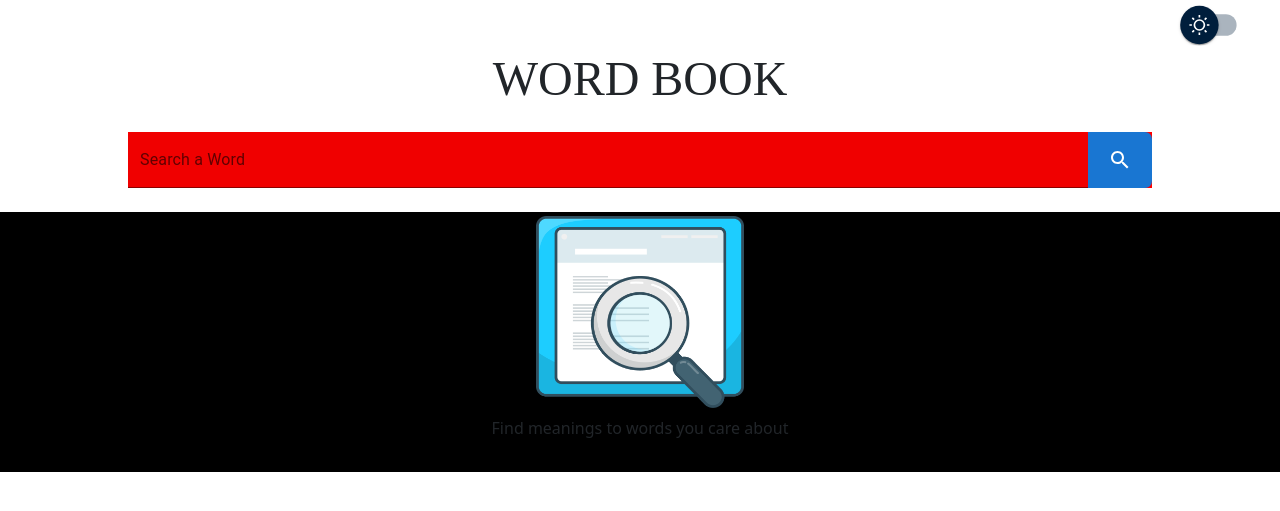
Repository: marveldev/my-dictionary
Page: /
An editor plug-in stored every save of this project. The page is shown before and after the next save, followed by the edit.
The browser window is 1280 px wide. The pictures show the whole page.
The project was rebuilt for these pictures with package versions that can differ from the ones it lists, and the page was loaded fresh each time. Also part of the build but not shown: src/components/themeSwitcher/MUISwitch.jsx.

Above is the page before, as saved 2022-05-29 18:52:58.

### public/index.html
<!DOCTYPE html>
<html lang="en">
  <head>
    <meta charset="utf-8" />
    <meta name="viewport" content="width=device-width, initial-scale=1" />
    <meta name="theme-color" content="#000000" />
    <meta name="description" content="Web site created using create-react-app" />
    <link
      href="https://cdn.jsdelivr.net/npm/bootstrap@5.1.3/dist/css/bootstrap.min.css"
      rel="stylesheet"
      integrity="sha384-1BmE4kWBq78iYhFldvKuhfTAU6auU8tT94WrHftjDbrCEXSU1oBoqyl2QvZ6jIW3"
      crossorigin="anonymous"
    />
    <link rel="apple-touch-icon" href="./icon-192x192.png" />
    <link rel="icon" href="./icon-192x192.png" />
    <link rel="manifest" href="./manifest.json" />
    <title>My Dictionary</title>
  </head>
  <body>
    <noscript>You need to enable JavaScript to run this app.</noscript>
    <div id="root"></div>
  </body>
</html>

### src/index.js
import React from 'react'
import ReactDOM from 'react-dom'
import App from './App'
import swDev from './swDev'
import './index.css'

ReactDOM.render(
  <React.StrictMode>
    <App />
  </React.StrictMode>,
  document.getElementById('root'),
)
swDev()

### src/App.js
import { useEffect, useState } from 'react'
import { createTheme } from '@mui/material'
import { Form, Output, ThemeSwitcher } from './components'

const App = () => {
  const [definitions, setDefinitions] = useState([])
  const [appMode, setAppMode] = useState('online')
  const [isLoading, setIsLoading] = useState(null)

  const storedTheme = localStorage.getItem('theme') || 'light'
  const [theme, setTheme] = useState(storedTheme)

  const themePalette = createTheme({
    palette: {
      mode: theme,
    },
  })

  useEffect(() => {
    if (navigator.onLine) {
      setAppMode('onLine')
    } else {
      setAppMode('offline')
    }
  }, [])

  return (
    <div className={`${theme} app`}>
      <div className="top-column top-0 w-100 pb-4">
        <ThemeSwitcher setTheme={setTheme} theme={theme} themePalette={themePalette} />
        <h1 className="text-center">{definitions?.word || 'WORD BOOK'}</h1>
        <Form
          setDefinitions={setDefinitions}
          themePalette={themePalette}
          setAppMode={setAppMode}
          setIsLoading={setIsLoading}
        />
      </div>

      <Output definitions={definitions} appMode={appMode} isLoading={isLoading} />
    </div>
  )
}

export default App

### src/swDev.js
export default function swDev() {
  let swUrl = `${process.env.PUBLIC_URL}/sw.js`
  navigator.serviceWorker.register(swUrl).then(response => {
    console.warn("response", response)
  })
}

### src/index.css
body {
  margin: 0;
}

.app {
  width: 100%;
  height: 100vh;
  transition: all 0.5s linear 0s;
  overflow: auto;
}

.app::-webkit-scrollbar {
  display: none;
}

.top-column {
  position: fixed;
  top: 0;
  width: 100%;
  padding-bottom: 1em;
  background: #fff;
  z-index: 1;
  transition: all 0.5s linear 0s;
}

.theme-switcher {
  text-align: right;
  margin: 1em 0.3em 0.5em;
}

h1 {
  font-size: 3em;
  font-family: 'Montserrat light', serif;
  text-align: center;
  margin: 0 0 0.5em;
}

.fs-4 {
  font-size: 1.1em;
}

.text-center {
  text-align: center;
}

.form {
  display: flex;
  margin: auto;
  width: 80%;
  background-color: red;
}

#searchButton {
  border-radius: 0 0.5em 0.5em 0;
  box-shadow: none;
}

.output {
  margin: 13em auto 0;
  padding-bottom: 1em;
  background-color: #000;
}

.search-illustration {
  width: 13em;
  height: 13em;
  object-fit: contain;
}

.definition-header {
  padding: 1em 2em;
  font-family: 'Montserrat Medium', serif;
}

.volume-icon {
  transform: scale(1.8);
  color: #000;
}

.definitions-wrapper {
  width: 80%;
  background: #f0f0f0;
}

.definition {
  background: #3b5360;
}

button:active {
  transform: translateY(0.2em);
}

.dark {
  background: #282c34;
  color: #fff;
}

.dark #searchButton {
  background: #1174ff;
  color: #fff;
}

.dark .top-column {
  background: #282c34;
}

.dark .definitions-wrapper {
  background: #3b3f46;
}

.dark .definition {
  background: #355c6c;
}

.dark .volume-icon {
  color: #fff;
}

@media screen and (max-width: 628px) {
  .form {
    width: 95%;
  }

  .output {
    margin-top: 12em;
  }

  .definition-header {
    padding: 0.5em 0;
  }

  .definitions-wrapper {
    width: 95%;
    padding: 0 1em;
  }
}

### src/components/index.js
export { default as Form } from './form/Form'
export { default as Output } from './output/Output'
export { default as ThemeSwitcher } from './themeSwitcher/ThemeSwitcher'

### src/components/form/Form.jsx
import { useState } from 'react'
import debounce from 'lodash.debounce'
import wordList from 'word-list-json'
import { TextField, ThemeProvider, Autocomplete, Button } from '@mui/material'
import SearchIcon from '@mui/icons-material/Search'

const Form = ({ setDefinitions, themePalette, setIsLoading, setAppMode }) => {
  const [filteredWords, setFilteredWords] = useState([])
  const [word, setWord] = useState('')

  const url = `https://api.dictionaryapi.dev/api/v2/entries/en/${word}`

  const doWordFilter = debounce(value => {
    if(value.trim().length >= 1) {
      const wordFilter = wordList?.filter(word => word.startsWith(value.toLowerCase())).slice(0, 30)
      setFilteredWords(wordFilter)
    } else {
      setFilteredWords([])
      setWord('')
      setDefinitions([])
    }
  }, 300)

  const fetchDefinition = async event => {
    event?.preventDefault()
    if (word.trim().length >= 1) {
      setIsLoading(true)

      try {
        const response = await fetch(url)
        const data = await response.json()
        if (data) {
          setIsLoading(null)
          setDefinitions(data[0])
          setAppMode('online')
        }
      } catch (error) {
        setAppMode('offline')
        setDefinitions([])
      }
    }
  }

  return (
    <ThemeProvider theme={themePalette}>
      <>
        <Autocomplete
          freeSolo
          disableClearable
          options={filteredWords.map(word => word)}
          onChange={(event, value) =>
            setWord(value)
          }
          renderInput={params =>
            <form
              className="form d-flex m-auto"
              onSubmit={event => fetchDefinition(event)}
            >
              <TextField
                {...params}
                variant="filled"
                label="Search a Word"
                onChange={event => doWordFilter(event.target.value)}
              />
              <Button type="submit" variant="contained" id="searchButton">
                <SearchIcon />
              </Button>
            </form>
          }
        />
      </>
    </ThemeProvider>
  )
}

export default Form

### src/components/output/Output.jsx
import { IconButton } from '@mui/material'
import VolumeUpIcon from '@mui/icons-material/VolumeUp'
import { searchIllustration, loader } from '../assets'

const Output = ({ definitions, isLoading, appMode }) => {
  const playWord = (url) => {
    const audio = new Audio(url)
    audio?.play()
  }

  return (
    <div className="output">
      {isLoading && appMode === 'online' && (
        <div className="text-center">
          <img src={loader} alt="loading" />
        </div>
      )}

      {!isLoading && (
        <>
          {!definitions && (
            <div className="text-center fs-4 px-4">
              😞 we couldn't find definitions for the word you are looking for.
            </div>
          )}

          {definitions?.length <= 0 && (
            <div className="text-center">
              <img src={searchIllustration} className="search-illustration" alt="search illustration" />
              <p>Find meanings to words you care about</p>
            </div>
          )}

          {definitions?.meanings && (
            <div className="definitions-wrapper m-auto pb-4 rounded">
              <div className="definition-header d-flex align-items-center gap-3">
                {definitions.phonetics[0]?.audio && (
                  <IconButton onClick={() => playWord(definitions.phonetics[0]?.audio)}>
                    <VolumeUpIcon className="volume-icon" />
                  </IconButton>
                )}
                <div>
                  <p className="m-0 fs-5">{definitions?.word}</p>
                  {definitions?.phonetic && <p className="m-0">{definitions?.phonetic}</p>}
                </div>
              </div>
              <ul className="mx-lg-5 ps-0">
                {definitions?.meanings.map((meaning, index) => (
                  <li key={index}>
                    <p>"partOfSpeech": {meaning.partOfSpeech}</p>
                    {meaning.definitions?.map((data, index) => (
                      <div key={index} className="definition text-white rounded p-2 mb-3">
                        <p className="fw-bold">{data.definition}</p>
                        <p>
                          <span className="me-2 fw-bold">Example:</span>
                          {data.example}
                        </p>
                        <p className="mb-0">
                          <span className="me-2 fw-bold">Synonyms:</span>
                          {data.synonyms.join(', ')}
                        </p>
                      </div>
                    ))}
                  </li>
                ))}
              </ul>
            </div>
          )}
        </>
      )}

      {appMode === 'offline' && (
        <div className="text-center fs-4">😞 you are in offline mode or some issue with connection.</div>
      )}
    </div>
  )
}

export default Output

### src/components/themeSwitcher/ThemeSwitcher.jsx
import { FormControlLabel } from '@mui/material'
import { MaterialUISwitch } from './MUISwitch'

const ThemeSwitcher = ({ theme, setTheme, themePalette }) => {
  const switchTheme = () => {
    const currentTheme = theme === 'dark' ? 'light' : 'dark'
    setTheme(currentTheme)
    localStorage.setItem('theme', currentTheme)
  }

  return (
    <div className="theme-switcher text-end mx-lg-4 mt-2">
      <FormControlLabel
        label=""
        control={
          <MaterialUISwitch
            theme={themePalette}
            onChange={switchTheme}
            checked={theme === 'dark' && true}
            aria-label="switch theme"
          />
        }
      />
    </div>
  )
}

export default ThemeSwitcher

### src/components/assets/index.js
export { default as searchIllustration } from './searchIllustration.png'
export { default as loader } from './loader.svg'

After the next save:
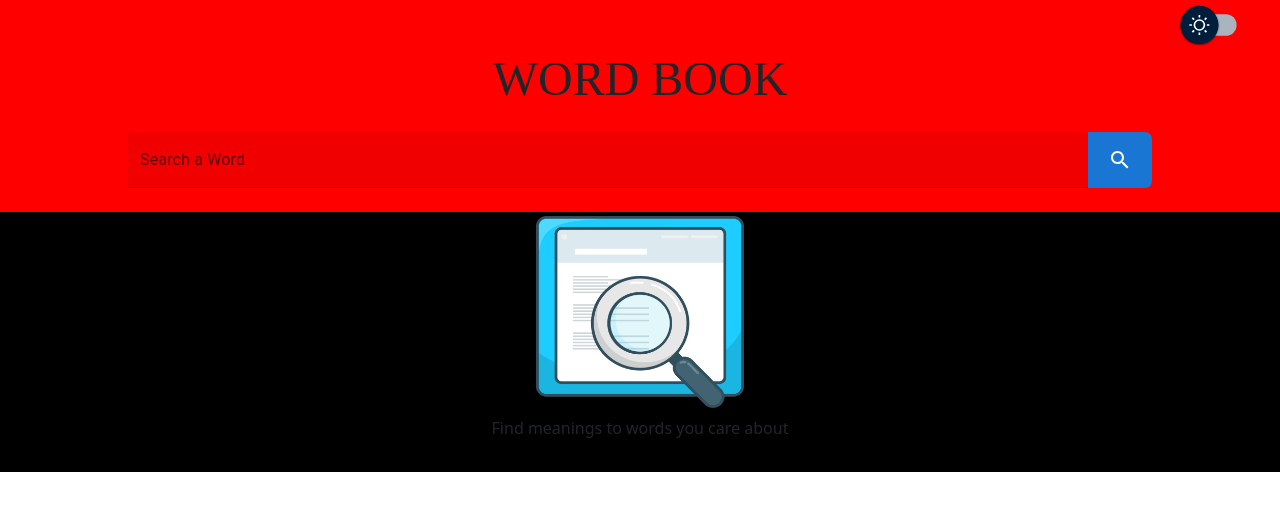
Saved 14 s later.
--- a/src/index.css
+++ b/src/index.css
@@ -21,6 +21,7 @@ body {
   background: #fff;
   z-index: 1;
   transition: all 0.5s linear 0s;
+  background-color: red;
 }
 
 .theme-switcher {
@@ -47,7 +48,6 @@ h1 {
   display: flex;
   margin: auto;
   width: 80%;
-  background-color: red;
 }
 
 #searchButton {
